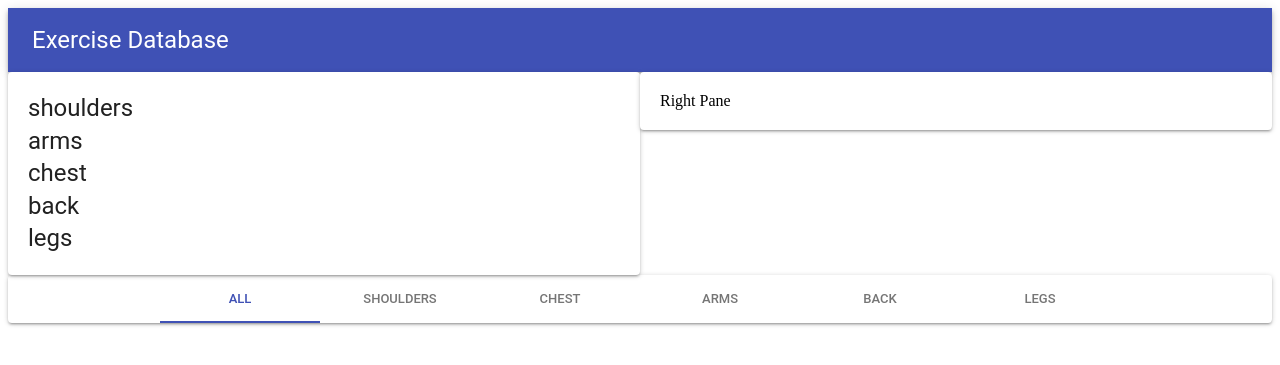
Repository: Votex874/material-ui
Page: /
These files come from the project's save history. The page is drawn as it stood at one moment and after the next save; the edit follows.
The browser window is 1280 px wide. The pictures show the whole page.
The project was rebuilt for these pictures with package versions that can differ from the ones it lists, and the page was loaded fresh each time. Also part of the build but not shown: src/Components/Exercises/LeftPane.js, src/Components/Exercises/RightPane.js.

Above is the page before, as saved 2019-03-24 12:57:45.

After the next save:
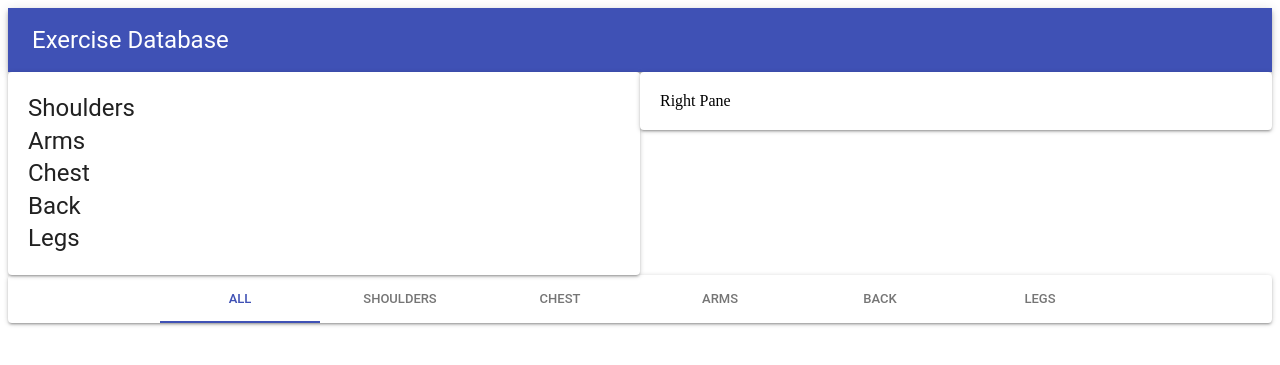
Saved 56 s later.
--- a/src/Components/Exercises/index.js
+++ b/src/Components/Exercises/index.js
@@ -16,7 +16,11 @@ export default ({ exercises }) =>
       <Paper style={style.Paper}>
         {exercises.map(([group, exercises], i) => {
           return (
-            <Typography key={i} variant='headline'>
+            <Typography
+              key={i}
+              variant='headline'
+              style={{textTransform: 'capitalize'}}
+              >
               {group}
             </Typography>
           )
